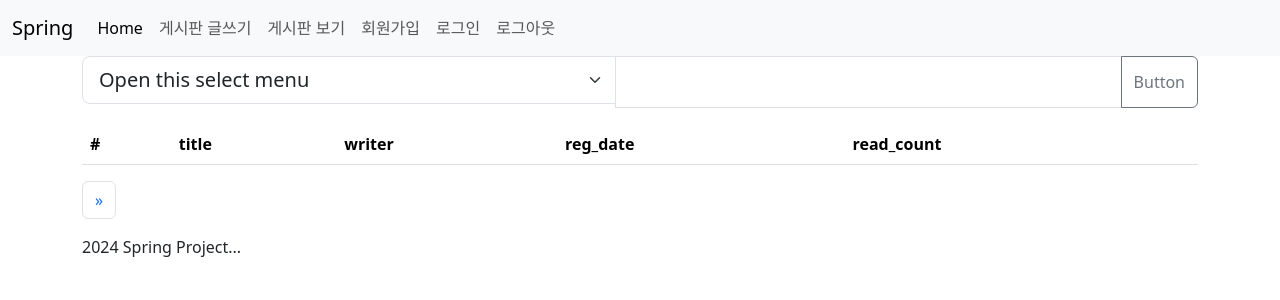
Repository: wanted2001/jsp_project
Page: http://localhost/spring_study/WEB-INF/views/board/list.jsp
These files come from the project's save history. The page is drawn as it stood at one moment and after the next save; the edit follows.
The browser window is 1280 px wide. The pictures show the whole page.
The page is served by Tomcat 9. Nobody is signed in. Other server files are loaded and not shown. The template is opened directly, without the code that normally fills it, so the values that code supplies are empty.

Above is the page before, as saved 2024-04-25 01:53:15.

### spring_study/src/main/webapp/WEB-INF/views/board/list.jsp
<%@ page language="java" contentType="text/html; charset=UTF-8"
	pageEncoding="UTF-8"%>
<%@taglib uri="http://java.sun.com/jsp/jstl/core" prefix="c"%>
<jsp:include page="../layout/header.jsp"></jsp:include>
<div class="container-md">
	<title>Board list page</title>
	<form action="">
		<div class="input-group mb-3">
			<select class="form-select form-select-lg mb-1"
				aria-label="Large select example">
				<option selected>Open this select menu</option>
				<option value="1">One</option>
				<option value="2">Two</option>
				<option value="3">Three</option>
			</select>
			</button>
			<input type="text" class="form-control"
				aria-label="Text input with dropdown button" />
			<button class="btn btn-outline-secondary" type="button"
				id="button-addon2">Button</button>
		</div>
	</form>
	<table class="table table-hover">
		<thead>
			<tr>
				<th>#</th>
				<th>title</th>
				<th>writer</th>
				<th>reg_date</th>
				<th>read_count</th>
			</tr>
		</thead>
		<tbody>
			<c:forEach items="${list}" var="list">
				<tr>
					<td>${list.bno}</td>
					<td><a href="/board/detail?bno=${list.bno}">${list.title}</a></td>
					<td>${list.writer}</td>
					<td>${list.reg_date}</td>
					<td>${list.read_count}</td>
				</tr>
			</c:forEach>
		</tbody>
	</table>
	<nav aria-label="Page navigation example">
		<ul class="pagination">
			<!-- 이전 -->
			<c:if test="">
			<li class="page-item"><a class="page-link" href="#"
				aria-label="Previous"> <span aria-hidden="true">&laquo;</span>
			</a></li>
			</c:if>
			<c:forEach items="">
				<li class="page-item"><a class="page-link" href="#">1</a></li>
			</c:forEach>
			<!-- 다음  -->
			<li class="page-item"><a class="page-link" href="#"
				aria-label="Next"> <span aria-hidden="true">&raquo;</span>
			</a></li>
		</ul>
	</nav>
</div>

<jsp:include page="../layout/footer.jsp"></jsp:include>

### spring_study/src/main/webapp/WEB-INF/views/layout/header.jsp
<%@ page language="java" contentType="text/html; charset=UTF-8"
    pageEncoding="UTF-8"%>
<!DOCTYPE html>
<html>
<head>
<meta charset="UTF-8">
<title>header.jsp</title>
<link href="https://cdn.jsdelivr.net/npm/bootstrap@5.3.3/dist/css/bootstrap.min.css" rel="stylesheet" integrity="sha384-QWTKZyjpPEjISv5WaRU9OFeRpok6YctnYmDr5pNlyT2bRjXh0JMhjY6hW+ALEwIH" crossorigin="anonymous">
<script src="https://cdn.jsdelivr.net/npm/bootstrap@5.3.3/dist/js/bootstrap.bundle.min.js" integrity="sha384-YvpcrYf0tY3lHB60NNkmXc5s9fDVZLESaAA55NDzOxhy9GkcIdslK1eN7N6jIeHz" crossorigin="anonymous"></script>
</head>
<body>
<nav class="navbar navbar-expand-lg bg-body-tertiary">
  <div class="container-fluid">
    <a class="navbar-brand" href="#">Spring</a>
    <button class="navbar-toggler" type="button" data-bs-toggle="collapse" data-bs-target="#navbarSupportedContent" aria-controls="navbarSupportedContent" aria-expanded="false" aria-label="Toggle navigation">
      <span class="navbar-toggler-icon"></span>
    </button>
    <div class="collapse navbar-collapse" id="navbarSupportedContent">
      <ul class="navbar-nav me-auto mb-2 mb-lg-0">
        <li class="nav-item">
          <a class="nav-link active" aria-current="page" href="/">Home</a>
        </li>
        <li class="nav-item">
          <a class="nav-link" href="/board/register">게시판 글쓰기</a>
        </li>
        <li class="nav-item">
          <a class="nav-link" href="/board/list">게시판 보기</a>
        </li>
        <li class="nav-item">
          <a class="nav-link" href="#">회원가입</a>
        </li>
        <li class="nav-item">
          <a class="nav-link" href="#">로그인</a>
        </li>
        <li class="nav-item">
          <a class="nav-link" href="#">로그아웃</a>
        </li>
  	  </ul>
    </div>
  </div>
</nav>

### spring_study/src/main/webapp/WEB-INF/views/layout/footer.jsp
<%@ page language="java" contentType="text/html; charset=UTF-8"
    pageEncoding="UTF-8"%>
<div class="container-md">
	2024 Spring Project...
</div>

</body>
</html>

After the next save:
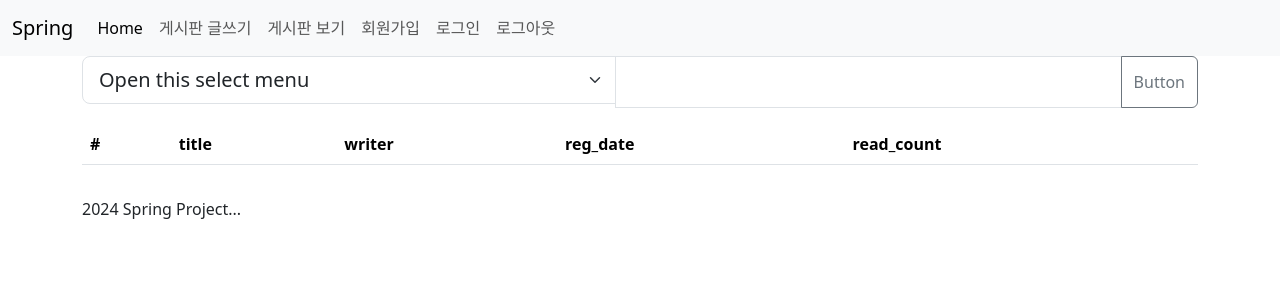
Saved 10 s later.
--- a/spring_study/src/main/webapp/WEB-INF/views/board/list.jsp
+++ b/spring_study/src/main/webapp/WEB-INF/views/board/list.jsp
@@ -54,9 +54,11 @@
 				<li class="page-item"><a class="page-link" href="#">1</a></li>
 			</c:forEach>
 			<!-- 다음  -->
+			<c:if test="">
 			<li class="page-item"><a class="page-link" href="#"
 				aria-label="Next"> <span aria-hidden="true">&raquo;</span>
 			</a></li>
+			</c:if>
 		</ul>
 	</nav>
 </div>
